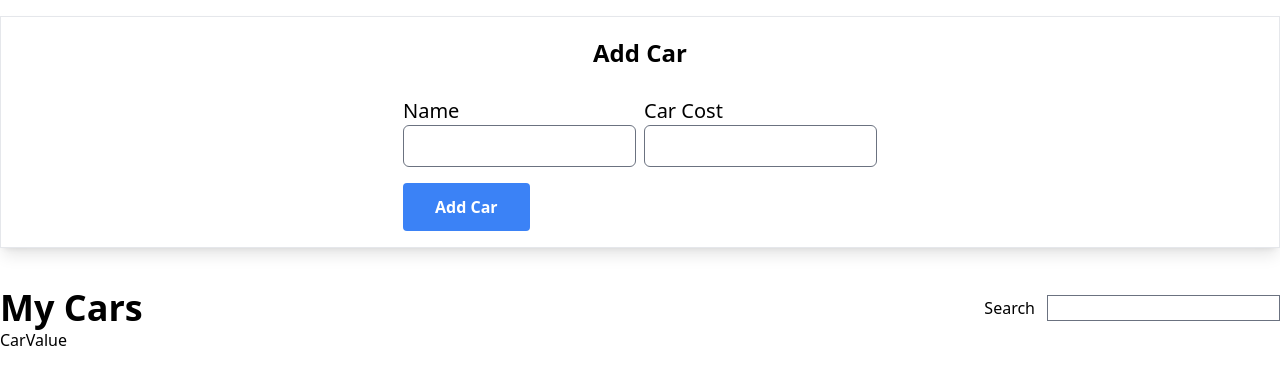
Repository: Marhamat92/carsappreduxtoolkit
Page: /
An editor plug-in stored every save of this project. The page is shown before and after the next save, followed by the edit.
The browser window is 1280 px wide. The pictures show the whole page.
The project was rebuilt for these pictures with package versions that can differ from the ones it lists, and the page was loaded fresh each time.

Above is the page before, as saved 2023-01-23 23:59:13.

After the next save:
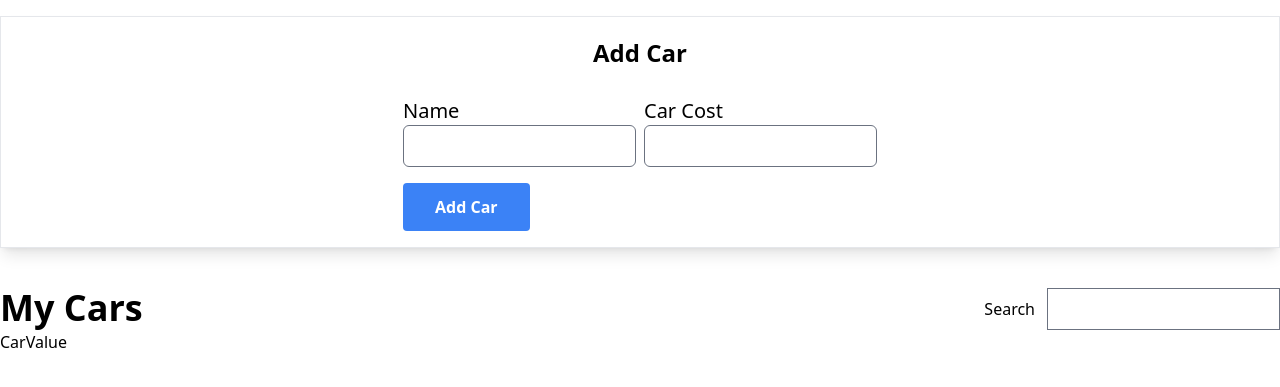
Saved 10 s later.
--- a/src/components/CarSearch.js
+++ b/src/components/CarSearch.js
@@ -7,7 +7,7 @@ function CarSearch() {
         <h1 className='text-4xl font-bold' >My Cars</h1>
         <div className='flex space-x-3 items-center' >
           <label htmlFor="">Search</label>
-          <input className=' border border-gray-500' type="text" />
+          <input className=' border border-gray-500 py-2' type="text" />
         </div>
       </div>
     </div>
